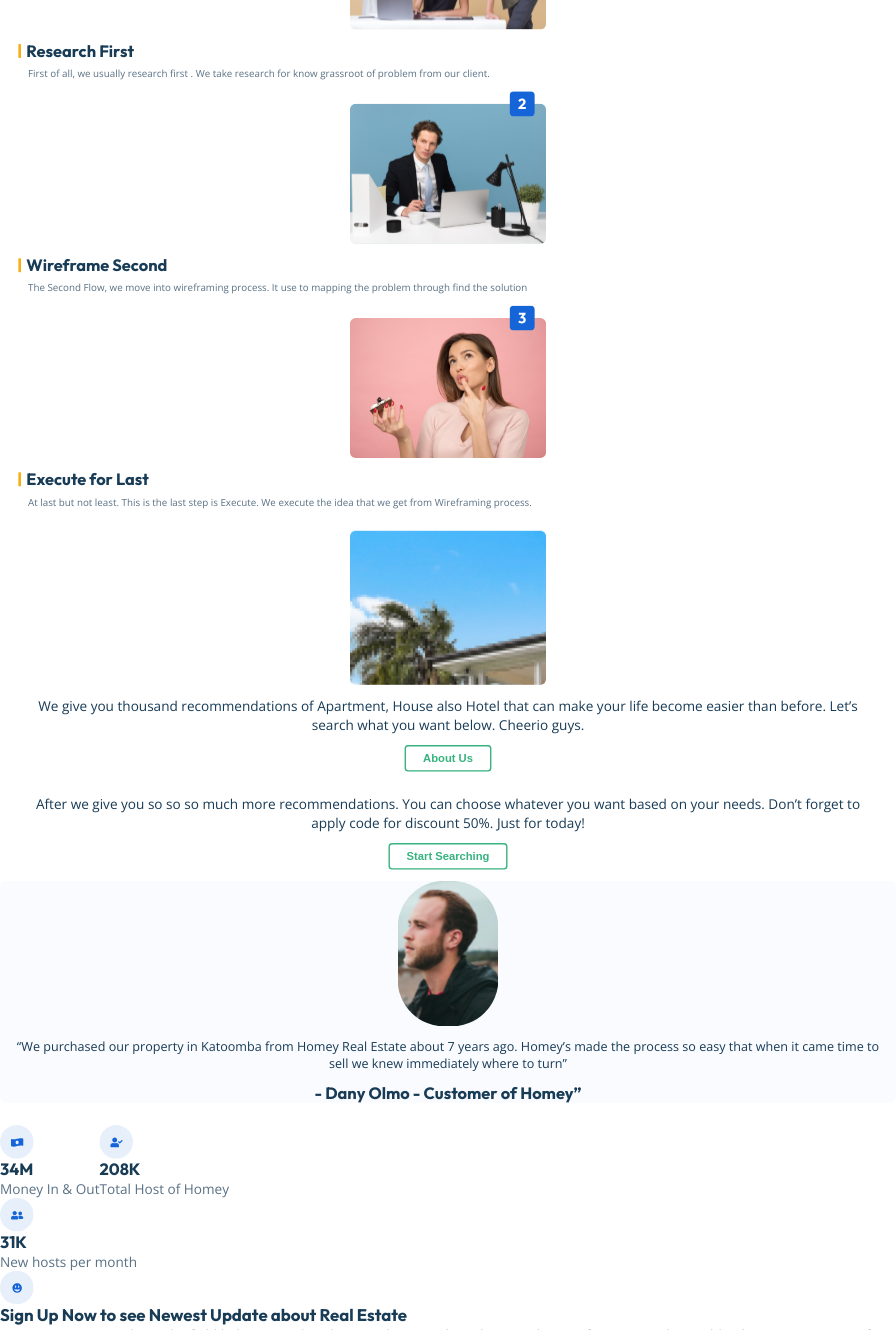
Repository: gustavoRichardt/prova-front
Page: index.html
The author's editor kept a copy of each file at every save. The page is drawn from the files as they stood at one save, then again after a run of saves.
The browser window is 1280 px wide. The pictures show the part of the page from y = 2876 to 4776 px (the page is 5663 px tall), at 70% of full size.
A picture or video elsewhere on the page could not be fetched, so the positions and the page height are approximate.

Above is the page before, as saved 2026-09-01 14:59:24.

After the next 2 saves:
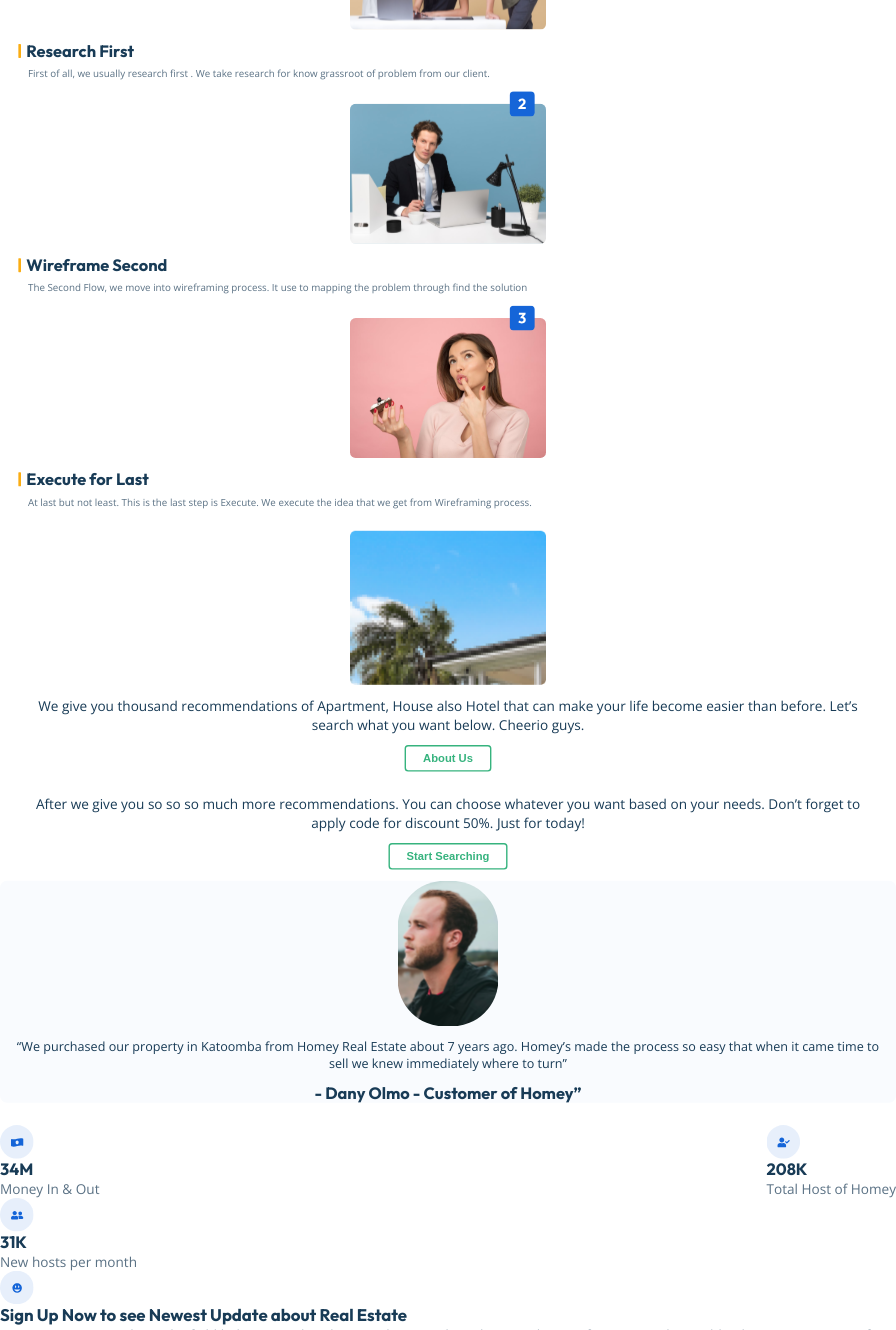
The 2 saves are shown as one change because they came seconds apart.
The last was saved 7 s later.
--- a/style.css
+++ b/style.css
@@ -427,5 +427,5 @@
 .conjunto-dados1 {
     display: flex;
     align-items: center;
-    spa
-}
+    justify-content: space-between;
+}
